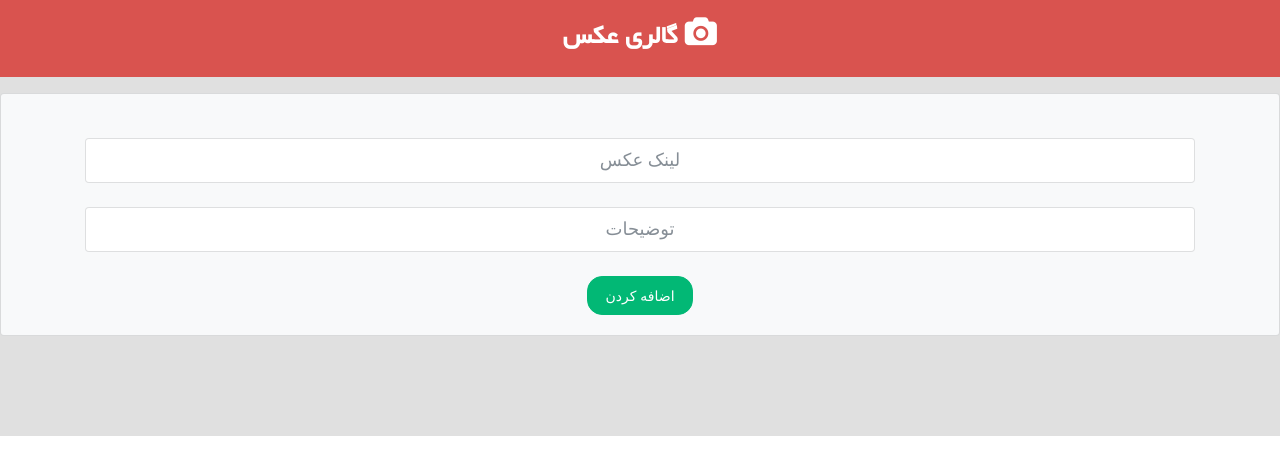
Repository: sadegh1379/PhotoWall-app
Page: /addphoto
The author's editor kept a copy of each file at every save. The page is drawn from the files as they stood at one save, then again after the next save.
The browser window is 1280 px wide. The pictures show the whole page.
The project was rebuilt for these pictures with package versions that can differ from the ones it lists, and the page was loaded fresh each time. Also part of the build but not shown: src/Component/Photo.js, src/Component/PhotoWall.js.

Above is the page before, as saved 2020-02-22 13:24:44.

### public/index.html
<!DOCTYPE html>
<html lang="en">
  <head>
    <meta charset="utf-8" />
    <link rel="icon" href="%PUBLIC_URL%/favicon.ico" />
    <meta name="viewport" content="width=device-width, initial-scale=1" />
    <meta name="theme-color" content="#000000" />
    <link rel="stylesheet" href="https://stackpath.bootstrapcdn.com/font-awesome/4.7.0/css/font-awesome.min.css">
    <meta
      name="description"
      content="Web site created using create-react-app"
    />
    <link rel="apple-touch-icon" href="%PUBLIC_URL%/logo192.png" />
    <!--
      manifest.json provides metadata used when your web app is installed on a
      user's mobile device or desktop. See https://developers.google.com/web/fundamentals/web-app-manifest/
    -->
    <link rel="manifest" href="%PUBLIC_URL%/manifest.json" />
    <!--
      Notice the use of %PUBLIC_URL% in the tags above.
      It will be replaced with the URL of the `public` folder during the build.
      Only files inside the `public` folder can be referenced from the HTML.

      Unlike "/favicon.ico" or "favicon.ico", "%PUBLIC_URL%/favicon.ico" will
      work correctly both with client-side routing and a non-root public URL.
      Learn how to configure a non-root public URL by running `npm run build`.
    -->
    <title>React App</title>
  </head>
  <body>
    <noscript>You need to enable JavaScript to run this app.</noscript>
    <div id="root"></div>
    <!--
      This HTML file is a template.
      If you open it directly in the browser, you will see an empty page.

      You can add webfonts, meta tags, or analytics to this file.
      The build step will place the bundled scripts into the <body> tag.

      To begin the development, run `npm start` or `yarn start`.
      To create a production bundle, use `npm run build` or `yarn build`.
    -->
  </body>
</html>

### src/App.js
import React , { Component } from 'react';
import { BrowserRouter as Router , Route, Switch } from 'react-router-dom';
import Title from './Component/Title';
import PhotoWall from './Component/PhotoWall';
import './bootswatch.css';
import AddPhoto from './Component/AddPhoto';
import './App.css';

class App extends Component {

  constructor(){

      super()

      this.state = {
        posts : [
          {
            id : "0" ,
            description : "صادق اکبری" ,
            imageLink : "https://dkt6rvnu67rqj.cloudfront.net/cdn/ff/tpWy09V5tfN_Il2UBj8nPU4FZvPDpNBQSecbyXiqbuM/1574345660/public/styles/322x405/public/media/int_files/1008357.jpg?itok=c5qoLzeh"
          },
          {
           id : "1" ,
           description : "علی میرزایی" ,
           imageLink : "https://dkt6rvnu67rqj.cloudfront.net/cdn/ff/tpWy09V5tfN_Il2UBj8nPU4FZvPDpNBQSecbyXiqbuM/1574345660/public/styles/322x405/public/media/int_files/1008357.jpg?itok=c5qoLzeh"
         }
         ,{
           id : "5" ,
           description :" سارا ممبینی" ,
           imageLink :"https://thetyee.ca/Culture/2017/10/31/FawnLawn.jpg"

         },
         {
          id : "6" ,
          description : "صادق اکبری" ,
          imageLink : "https://dkt6rvnu67rqj.cloudfront.net/cdn/ff/tpWy09V5tfN_Il2UBj8nPU4FZvPDpNBQSecbyXiqbuM/1574345660/public/styles/322x405/public/media/int_files/1008357.jpg?itok=c5qoLzeh"
        },
        {
         id : "7" ,
         description : "علی میرزایی" ,
         imageLink : "https://www.iata.org/contentassets/d7c512eb9a704ba2a8056e3186a31921/cargo_live_animals_parrot.jpg?w=330&h=200&mode=crop&scale=both&v=20191213012337"
       }
       ,{
         id : "8" ,
         description :" سارا ممبینی" ,
         imageLink :"https://images.unsplash.com/photo-1497752531616-c3afd9760a11?ixlib=rb-1.2.1&w=1000&q=80"

       }
        ]

    }
  }

// Remove post
 onRemovePost = (removedPost) =>{

      this.setState((state)=>({
          posts : state.posts.filter(post => post !== removedPost)
      }))

  }

  render(){
      return (
        <div className="body">
              <Router>
                  <Title title="گالری عکس"/>
                  <Switch>

                      <Route exact path="/" render={()=>(
                              <div>
                                  <PhotoWall onRemovePost={this.onRemovePost} posts={this.state.posts}/>
                              </div>
                      )}/>

                        <Route exact path="/addphoto" component={AddPhoto}/>
                </Switch>
            </Router>
        </div>
      );
}
}

export default App;

### src/Component/Title.js
import React from 'react';
import PropTypes from 'prop-types';


function Title(props) {
    return (
            <p className=" bg-danger text-white py-3 p-title text-center">{props.title} <span className="fa fa-camera"></span></p>
    )
}

Title.propTypes = {
    title : PropTypes.string.isRequired
}

export default Title;

### src/Component/AddPhoto.js
import React, { Component } from 'react'

export class AddPhoto extends Component {
    render() {
        return (
            <div className="card card-body bg-light">
                <form className="container add-form">
                    <input type="text" placeholder="لینک عکس" className="form-control my-4 text-center"/>
                    <input type="text" placeholder="توضیحات" className="form-control text-center" />
                      <div className="d-flex justify-content-center mt-4">
                            <button type="submit" className="btn btn-success ">اضافه کردن</button>
                      </div>

                </form>
            </div>
        )
    }
}

export default AddPhoto;

### src/App.css
.p-title{
    font-size: 30px;
    color:white ;
    font-weight: bolder;
    font-family: 'Byekan';
}

.body{
    font-family: 'Brekan';
    background-color: #E0E0E0;
    padding-bottom: 100px;
}

 .photo-grid{
    /* max-width: 1000px; */
    margin: 0 auto;
    display: flex;
    flex-wrap: wrap;
    justify-content: center;
}

@font-face{
    font-family: 'Byekan';
    src:url('./Component/fonst/Yekan.ttf');
}

.photo-card{
  margin: 10px 10px;
  box-shadow: 5px 5px 5px 5px #888888;
}

.add-icon{
    text-align: center;
    margin: 20px auto;
    color:white  !important;
    background-color: rgb(62, 112, 75);
    padding: 20px;
    border-radius: 70px;

}

.add-form input{

    font-size: 18px;
    color:black;
}

Loaded but not shown: src/index.js (common file); src/index.css (common file); src/bootswatch.css (library)

After the next save:
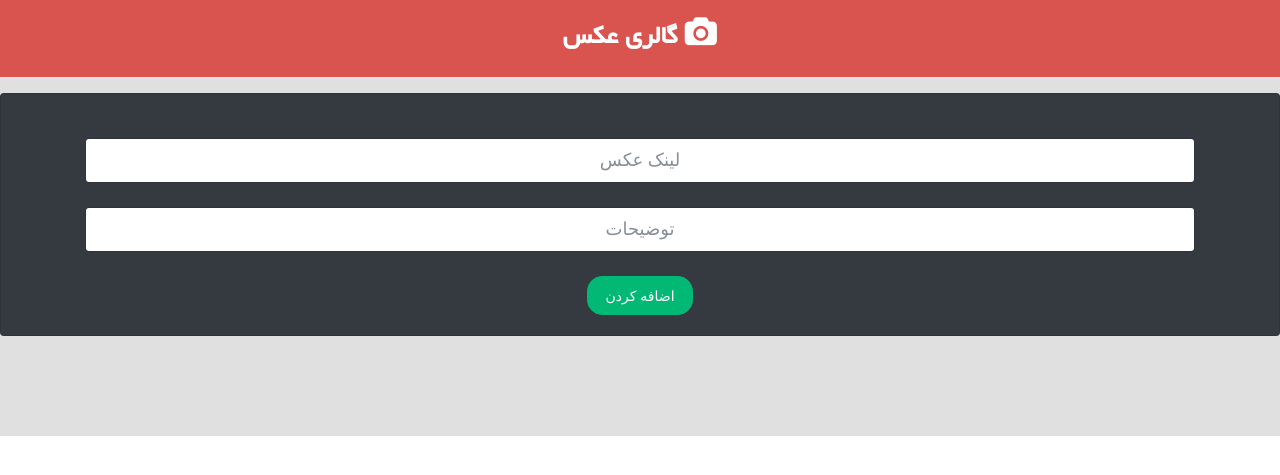
Saved 6 s later.
--- a/src/Component/AddPhoto.js
+++ b/src/Component/AddPhoto.js
@@ -3,7 +3,7 @@ import React, { Component } from 'react'
 export class AddPhoto extends Component {
     render() {
         return (
-            <div className="card card-body bg-light">
+            <div className="card card-body bg-dark">
                 <form className="container add-form">
                     <input type="text" placeholder="لینک عکس" className="form-control my-4 text-center"/>
                     <input type="text" placeholder="توضیحات" className="form-control text-center" />
